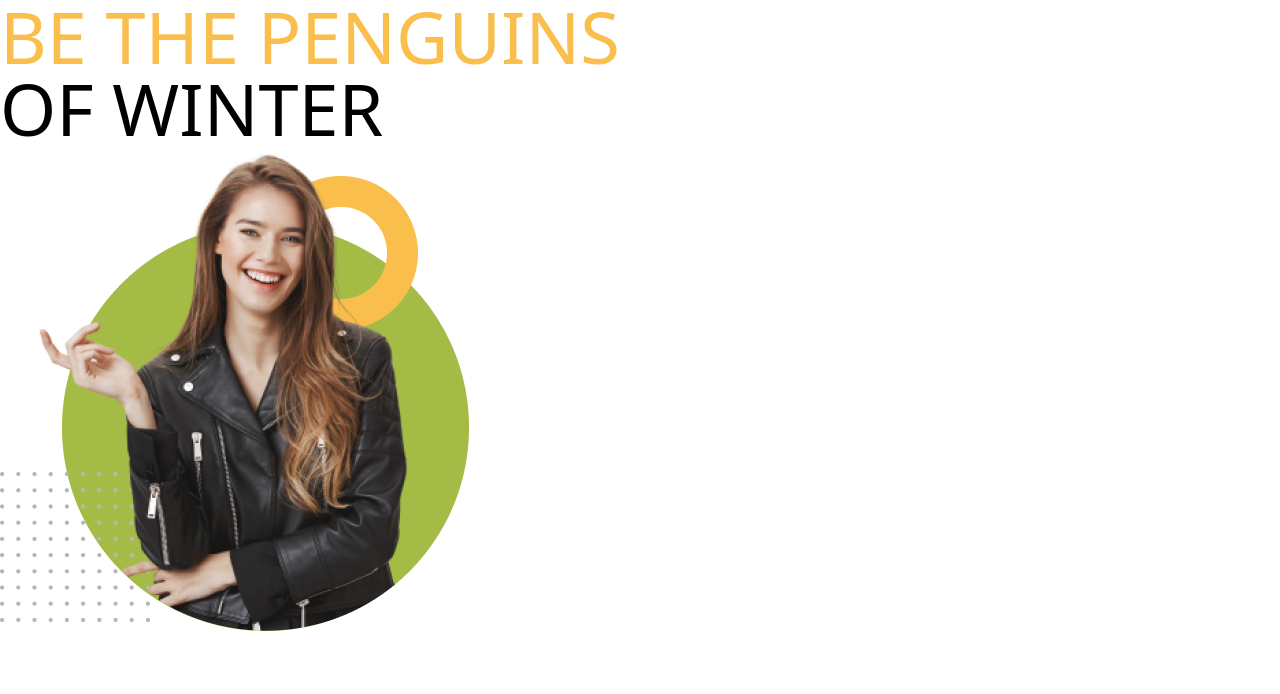
Repository: SyeadaSakina/Penguins-fashion
Page: index.html
These files come from the project's save history. The page is drawn as it stood at one moment and after the next save; the edit follows.
The browser window is 1280 px wide. The pictures show the whole page.
Some web libraries are served in a nearby version.

Above is the page before, as saved 2023-07-21 22:19:11.

### index.html
<!DOCTYPE html>
<html lang="en">

<head>
    <meta charset="UTF-8">
    <meta name="viewport" content="width=device-width, initial-scale=1.0">
    <title>Penguin Fashion</title>
    <script src="https://cdn.tailwindcss.com"></script>
</head>

<body>
    <header>
        <div>
            <div>
                <h1 class="text-7xl uppercase"> <span class="text-[#FABE4C]">Be the Penguins</span>
                    <br> of Winter
                </h1>
            </div>
        </div>
        <div>
            <img src="images/model.png" alt="Image of a model">
        </div>
    </header>
    <main>

    </main>
    <footer>

    </footer>
</body>

</html>

After the next save:
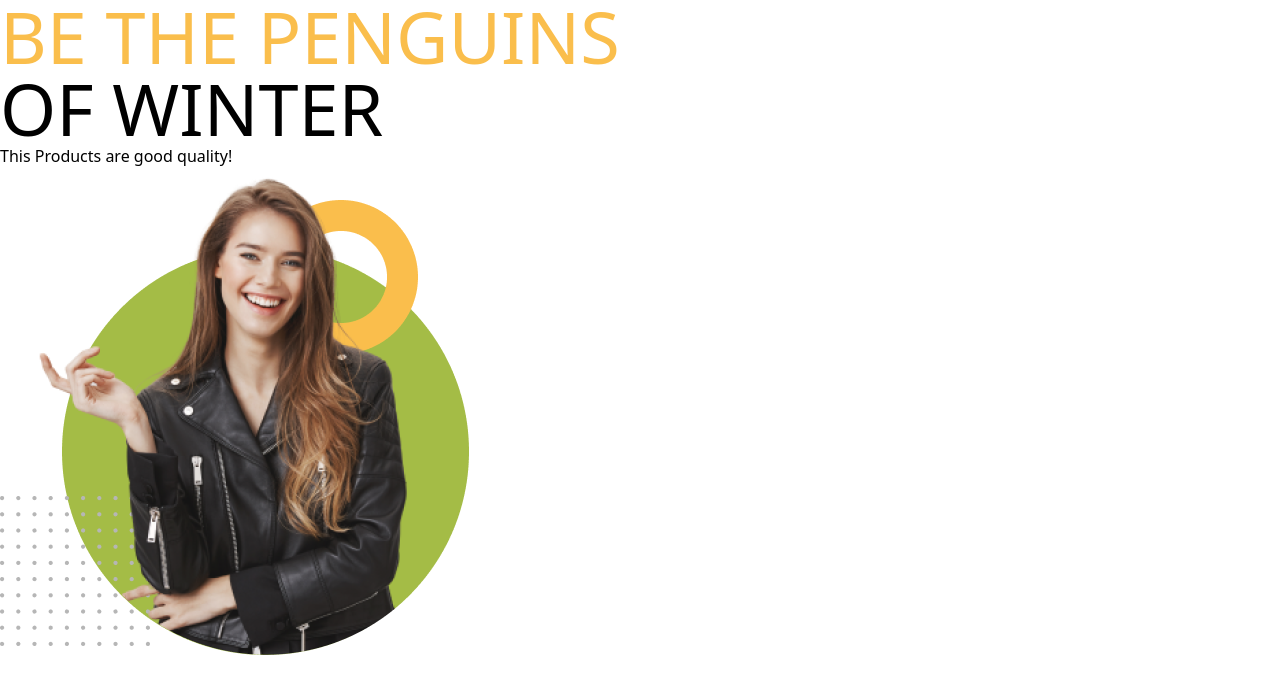
Saved 2 min 13 s later.
--- a/index.html
+++ b/index.html
@@ -15,6 +15,9 @@
                 <h1 class="text-7xl uppercase"> <span class="text-[#FABE4C]">Be the Penguins</span>
                     <br> of Winter
                 </h1>
+                <p>
+                    This Products are good quality!
+                </p>
             </div>
         </div>
         <div>
